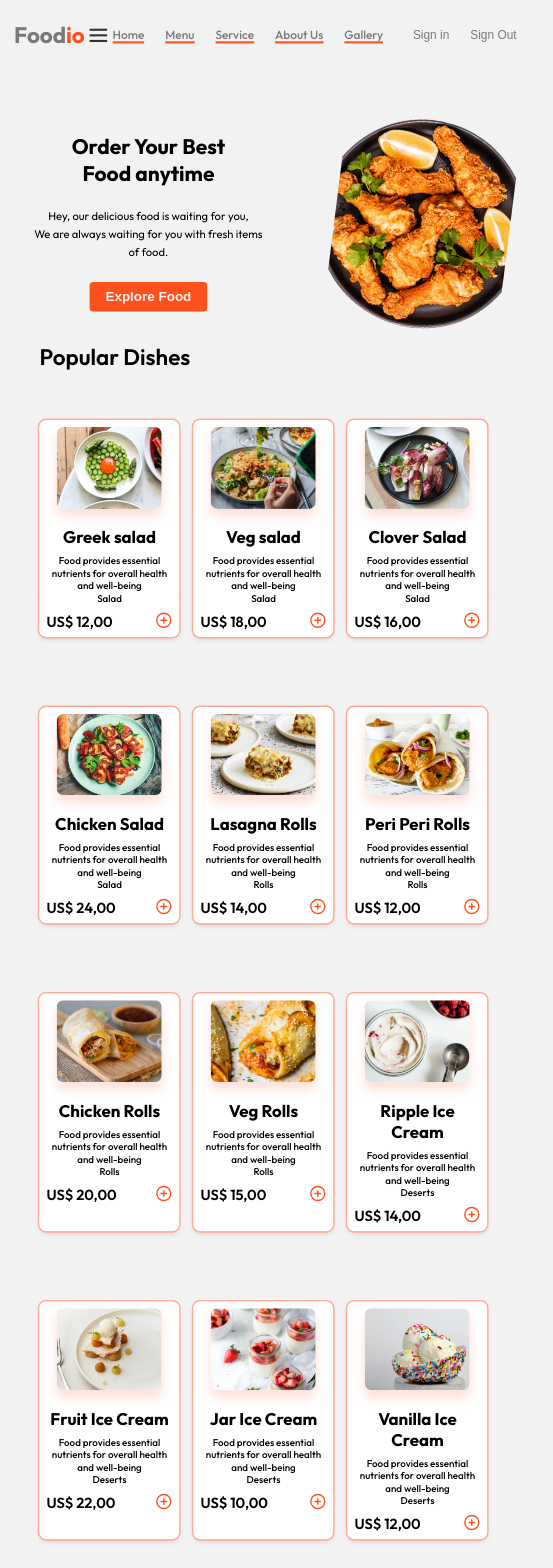
Repository: guilhermecardoso93/foodio
Page: /
The author's editor kept a copy of each file at every save. The page is drawn from the files as they stood at one save, then again after the next save.
The browser window is 768 px wide. The page is 790 px wide, then 768 px, so the pictures cover 790 px, including what lies to the right of the window. The pictures show the part of the page from y = 0 to 2240 px (the page is 5206 px tall before and 5166 px after), at 70% of full size.
The project was rebuilt for these pictures with package versions that can differ from the ones it lists, and the page was loaded fresh each time. Also part of the build but not shown: vite.config.js, src/index.css.

Above is the page before, as saved 2024-11-05 20:39:52.

After the next save:
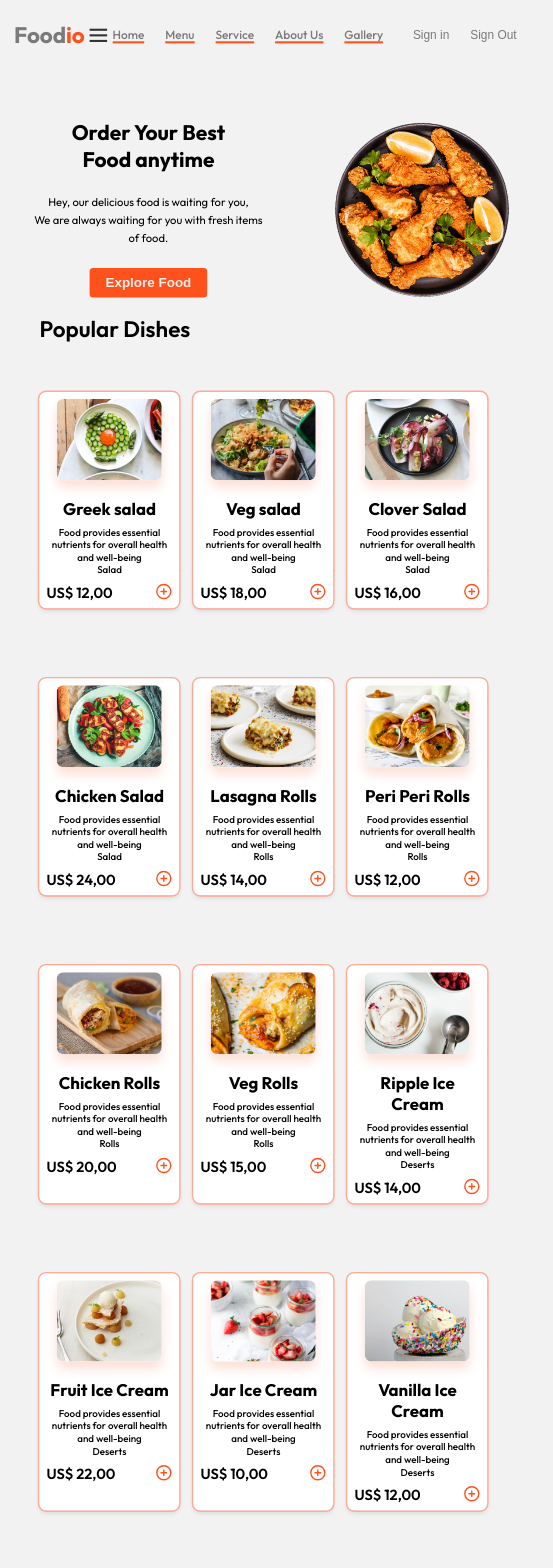
Saved 10 s later.
--- a/src/components/Menu/styles.css
+++ b/src/components/Menu/styles.css
@@ -125,5 +125,6 @@ input {
 
   .content-right {
     width: 250px;
+    height: 250px;
   }
 }
